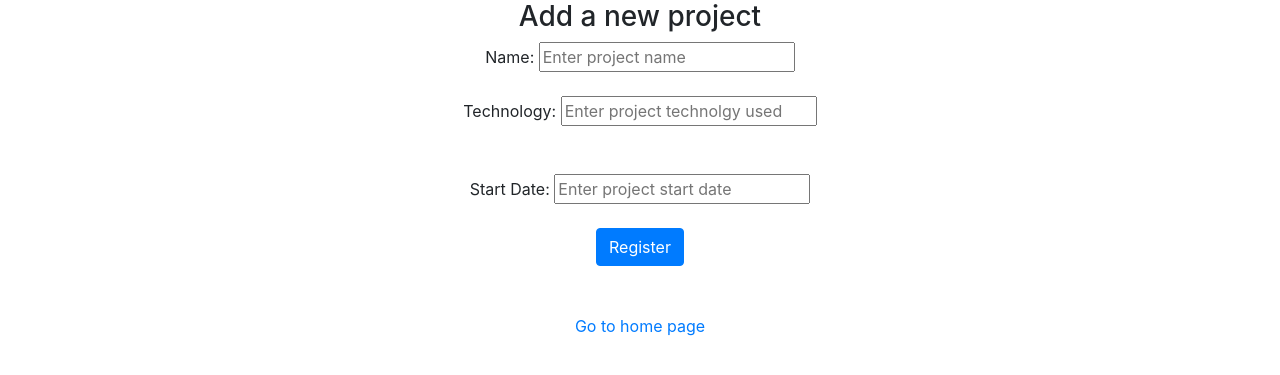
Repository: ArmanAli-cmd/EmployeeProjectDepartmentApplication
Page: http://localhost/EmployeeProjectDepartmentMVCApplication/views/project-signup.jsp
These files come from the project's save history. The page is drawn as it stood at one moment and after the next save; the edit follows.
The browser window is 1280 px wide. The pictures show the whole page.
The page is served by Tomcat 9.

Above is the page before, as saved 2024-01-18 05:13:17.

After the next save:
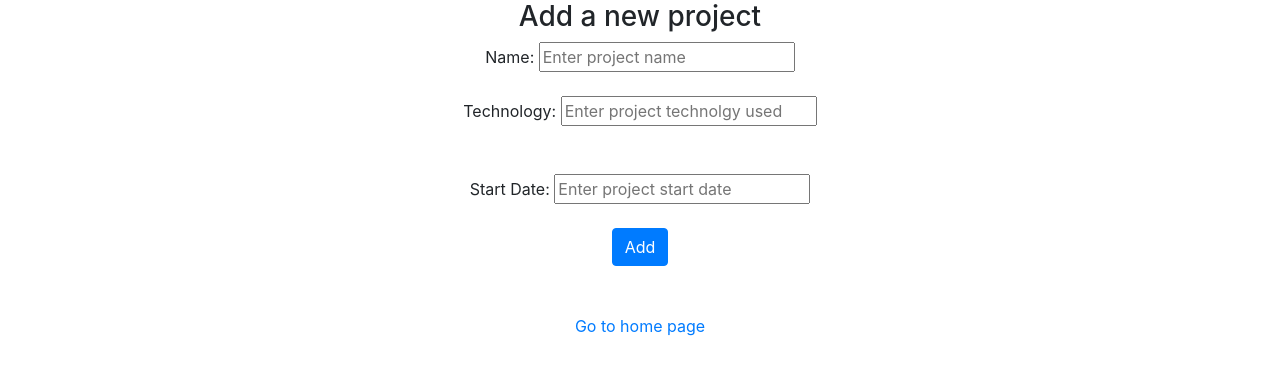
Saved 15 s later.
--- a/EmployeeProjectDepartmentMVCApplication/src/main/webapp/views/project-signup.jsp
+++ b/EmployeeProjectDepartmentMVCApplication/src/main/webapp/views/project-signup.jsp
@@ -24,7 +24,7 @@
 		<br>
 		Start Date: <input type="text" name="startDate"
 			placeholder="Enter project start date" required><br>
-		<br> <input type="submit" class="btn btn-primary" value="Register">
+		<br> <input type="submit" class="btn btn-primary" value="Add">
 	</form>
 <br><br>
 <a href="/views/index.jsp"> Go to home page</a>
